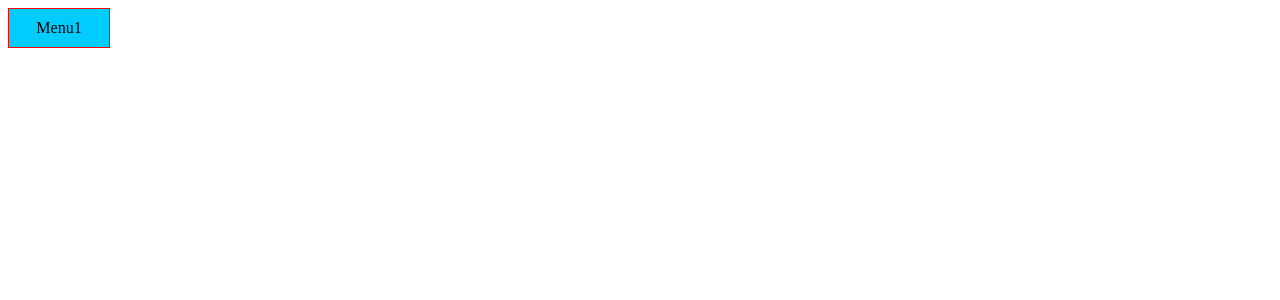
Repository: lixinso/html5
Page: workspace/CSS3/WebContent/box/box_box_shadow.html
An editor plug-in stored every save of this project. The page is shown before and after the next save, followed by the edit.
The browser window is 1280 px wide. The pictures show the whole page.

Above is the page before, as saved 2011-05-28 01:27:33.

### workspace/CSS3/WebContent/box/box_box_shadow.html
<?xml version="1.0" encoding="UTF-8" ?>
<!DOCTYPE html PUBLIC "-//W3C//DTD XHTML 1.0 Transitional//EN" "http://www.w3.org/TR/xhtml1/DTD/xhtml1-transitional.dtd">
<html xmlns="http://www.w3.org/1999/xhtml">
<head>
<meta http-equiv="Content-Type" content="text/html; charset=UTF-8" />
<title>Insert title here</title>

	<style type="text/css">

	ul{
		margin: 0;
		padding: 0;
	}

	li{
		display: inline-block;
		width: 100px;
		padding: 10px 0;
		background-color: #00ccff;
		border: solid 1px #FF0000;
		text-align: center;
	}

	a{
		color: #000000;
		text-decoration: none;
	}

	</style>


</head>
<body>

	<ul>
		<li><a href="#">Menu1</a></li>
	</ul>

</body>
</html>

After the next save:
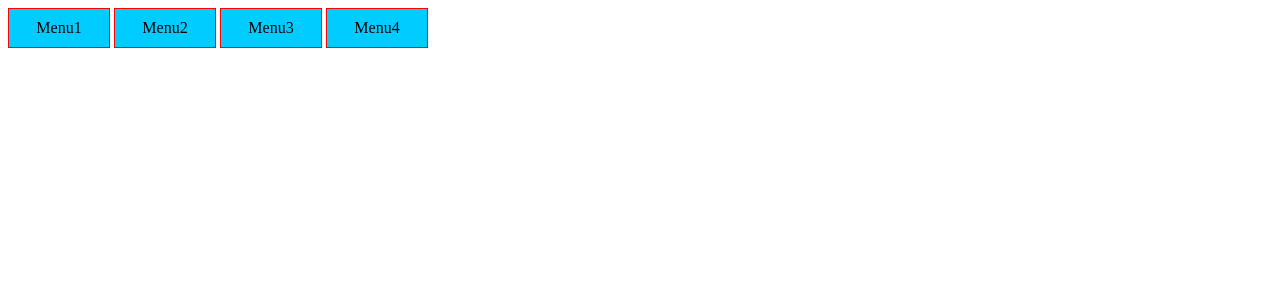
Saved 10 s later.
--- a/workspace/CSS3/WebContent/box/box_box_shadow.html
+++ b/workspace/CSS3/WebContent/box/box_box_shadow.html
@@ -34,6 +34,9 @@
 
 	<ul>
 		<li><a href="#">Menu1</a></li>
+		<li><a href="#">Menu2</a></li>
+		<li><a href="#">Menu3</a></li>
+		<li><a href="#">Menu4</a></li>
 	</ul>
 
 </body>
